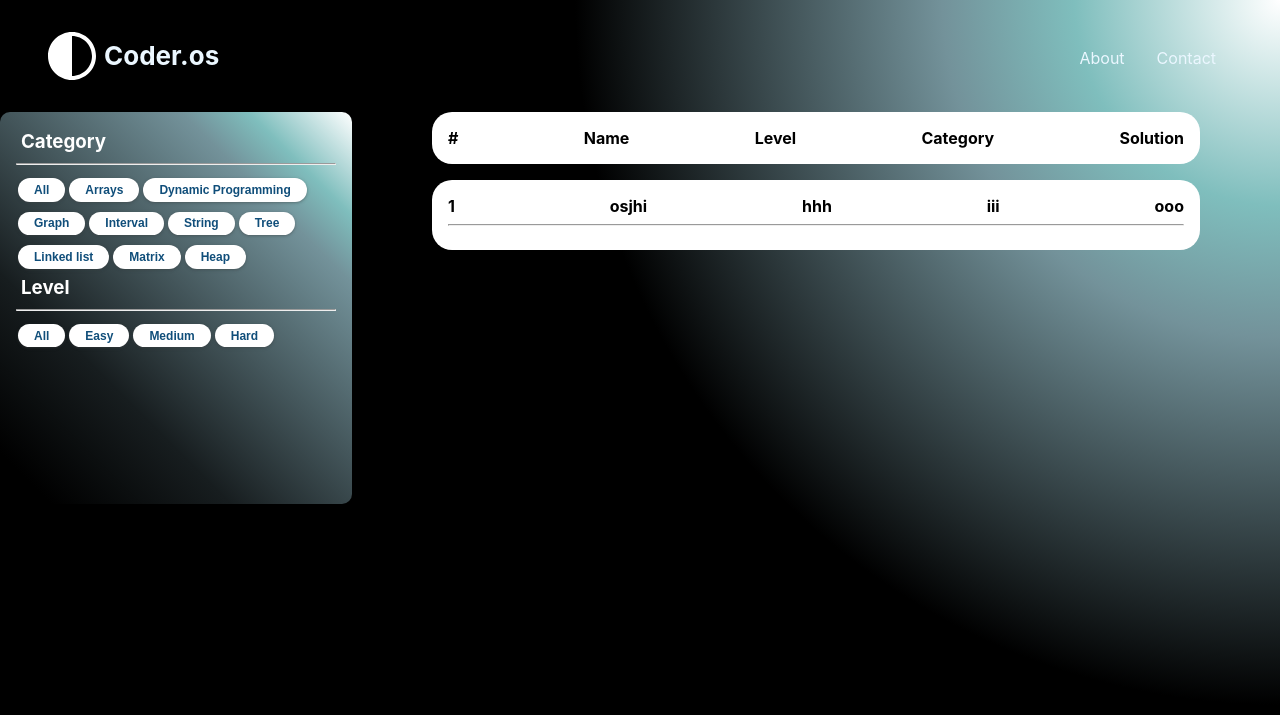
Repository: xoshiraghavx/Coder.os
Page: / (app in my-app/)
The author's editor kept a copy of each file at every save. The page is drawn from the files as they stood at one save, then again after the next save.
The browser window is 1280 px wide. The pictures show the whole page.
The project was rebuilt for these pictures with package versions that can differ from the ones it lists, and the page was loaded fresh each time. Also part of the build but not shown: my-app/src/components/Home/Home.jsx.

Above is the page before, as saved 2022-12-17 03:22:58.

After the next save:
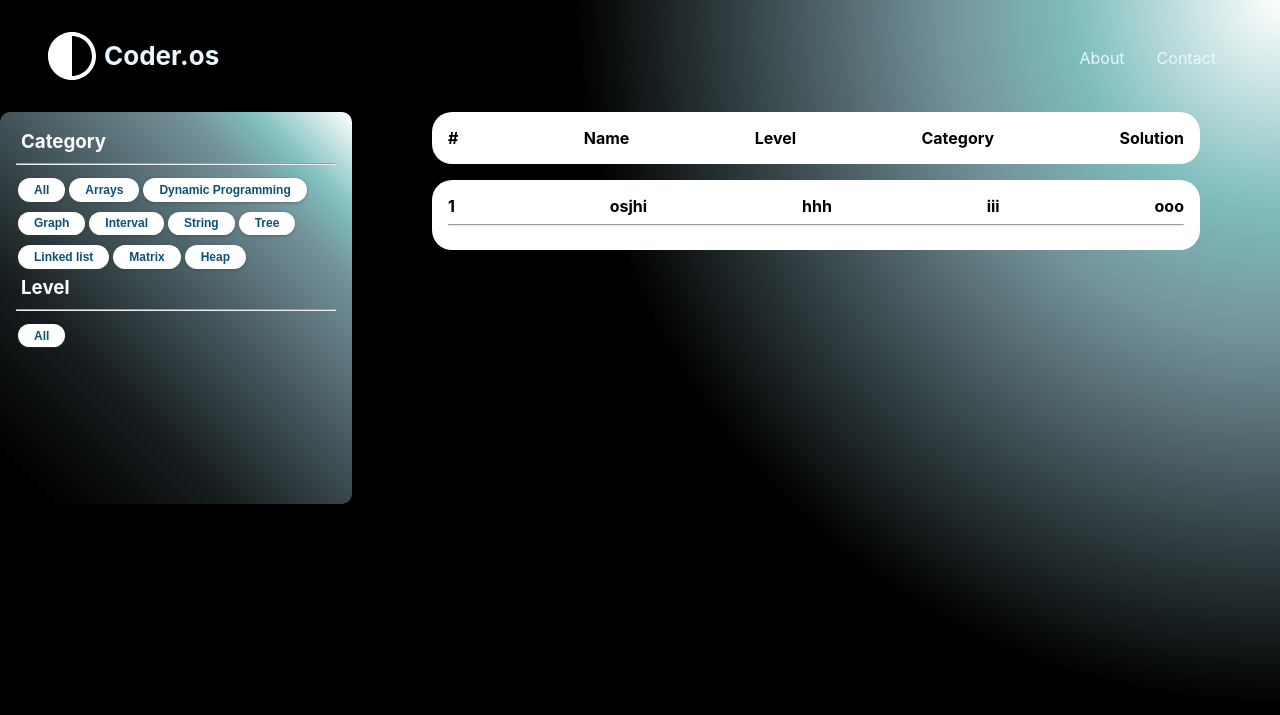
Saved 15 s later.
--- a/my-app/src/components/MainPage/FilterSection.jsx
+++ b/my-app/src/components/MainPage/FilterSection.jsx
@@ -71,9 +71,7 @@
         </div>
         <div className="level-buttons">
           <button className="buttons">All</button>
-          <button className="buttons">Easy</button>
-          <button className="buttons">Medium</button>
-          <button className="buttons">Hard</button>
+
         </div>
       </div>
     </div>
